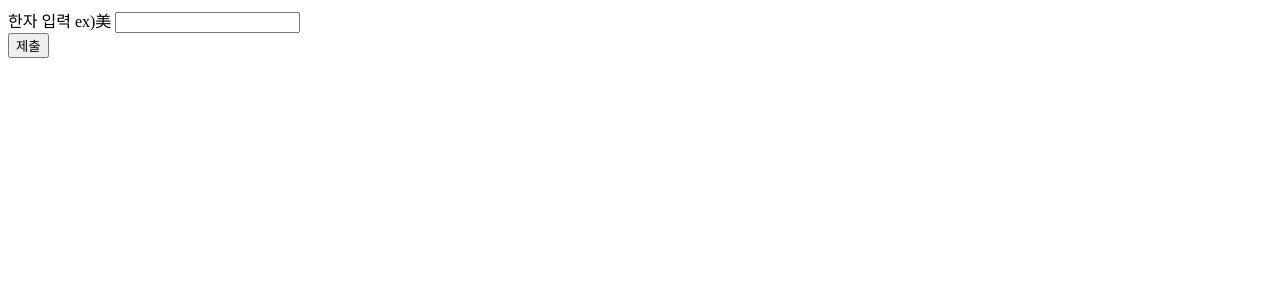
Repository: hayoung9000/jsp_hanja
Page: http://localhost/encoding/add.jsp
An editor plug-in stored every save of this project. The page is shown before and after the next save, followed by the edit.
The browser window is 1280 px wide. The pictures show the whole page.
The page is served by Tomcat 9.

Above is the page before, as saved 2018-05-29 04:41:30.

After the next save:
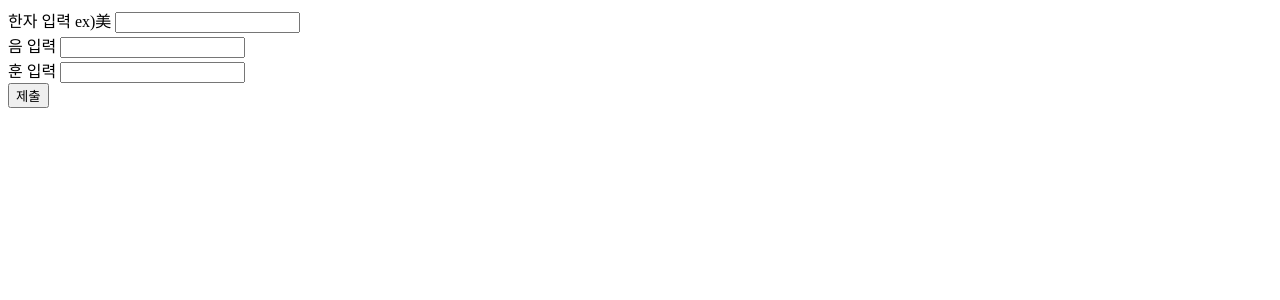
Saved 33 s later.
--- a/encoding/WebContent/add.jsp
+++ b/encoding/WebContent/add.jsp
@@ -9,6 +9,8 @@
 <body>
 <form action="write.jsp" method="post">
 한자 입력 ex)美  <input type="text" name="hanja"><br>
+음 입력 <input type="text" name="hanja2"> <br>
+훈 입력 <input type="text" name="hanja3"> <br>
 <input type="submit" value="제출">
 </form>
 </body>
